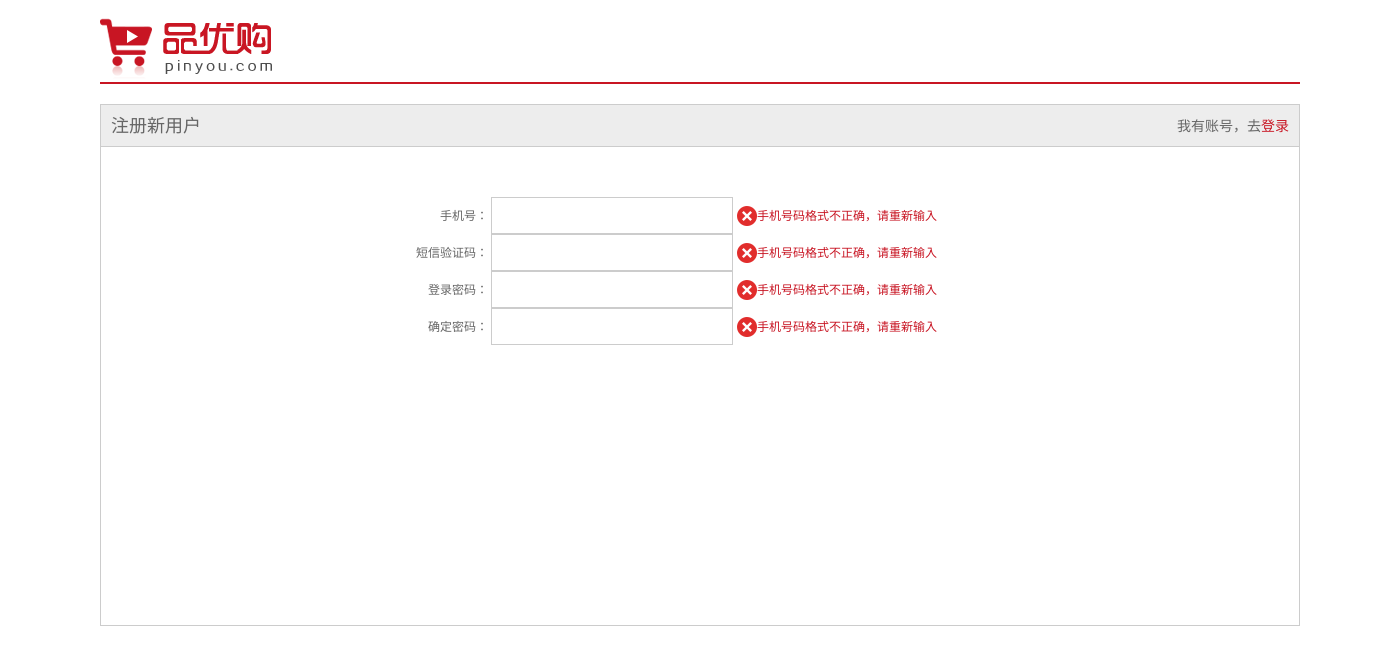
Repository: ywq0312/PinYouGou
Page: register.html
These files come from the project's save history. The page is drawn as it stood at one moment and after the next save; the edit follows.
The browser window is 1280 px wide. The page is 1400 px wide, so the pictures cover 1400 px, including what lies to the right of the window. The pictures show the whole page.

Above is the page before, as saved 2021-06-28 13:47:59.

After the next save:
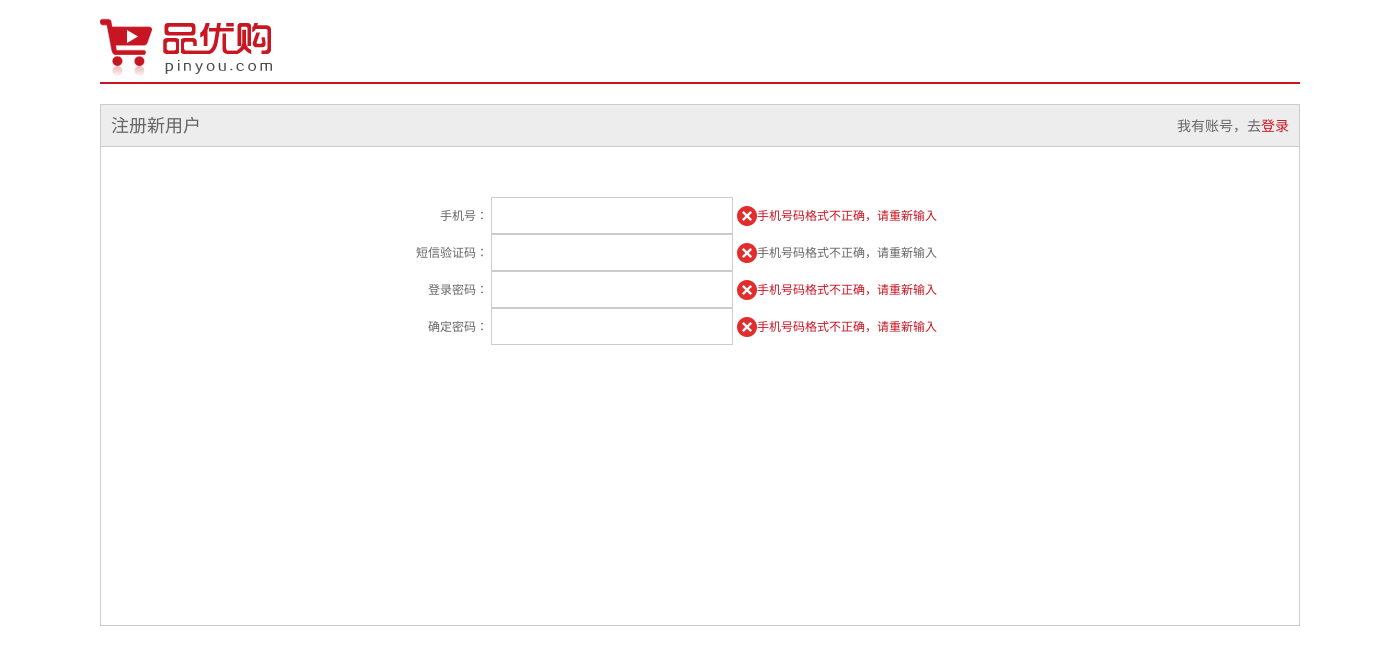
Saved 36 s later.
--- a/register.html
+++ b/register.html
@@ -29,7 +29,7 @@
                         <span class="error"> <i class="error-icon"></i>手机号码格式不正确，请重新输入</span>
                     </li>
                     <li><label for="">短信验证码：</label> <input type="text" name="" id="">
-                        <span class="error"> <i class="error-icon"></i>手机号码格式不正确，请重新输入</span>
+                        <span class="succes"> <i class="error-icon"></i>手机号码格式不正确，请重新输入</span>
                     </li>
                     <li><label for="">登录密码：</label> <input type="text" name="" id="">
                         <span class="error"> <i class="error-icon"></i>手机号码格式不正确，请重新输入</span>
